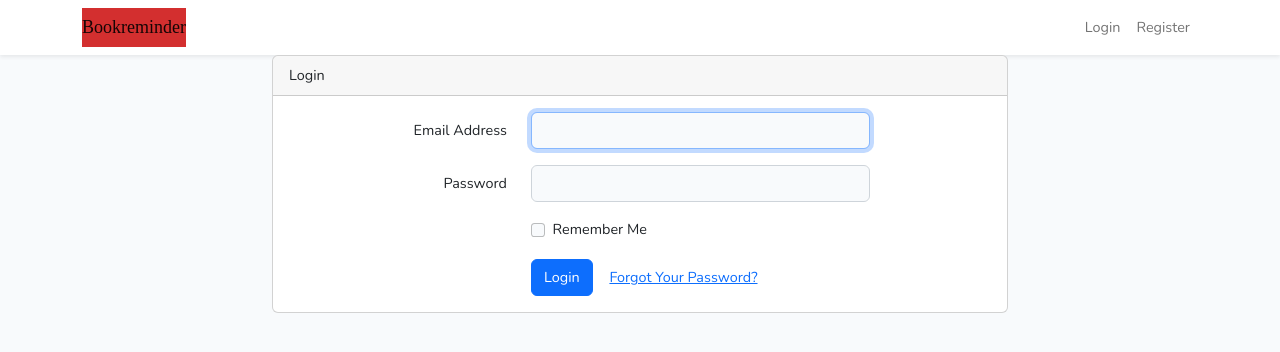
Repository: yamamotoryota1998/Bookreminder
Page: http://localhost/login
The author's editor kept a copy of each file at every save. The page is drawn from the files as they stood at one save, then again after the next save.
The browser window is 1280 px wide. The pictures show the whole page.
The page is served by the project's Laravel application, run on PHP 8.4 with Laravel 9. Style sheets and scripts are compiled from the project's sources, by tool versions that may differ from the author's.

Above is the page before, as saved 2023-04-10 20:52:32.

After the next save:
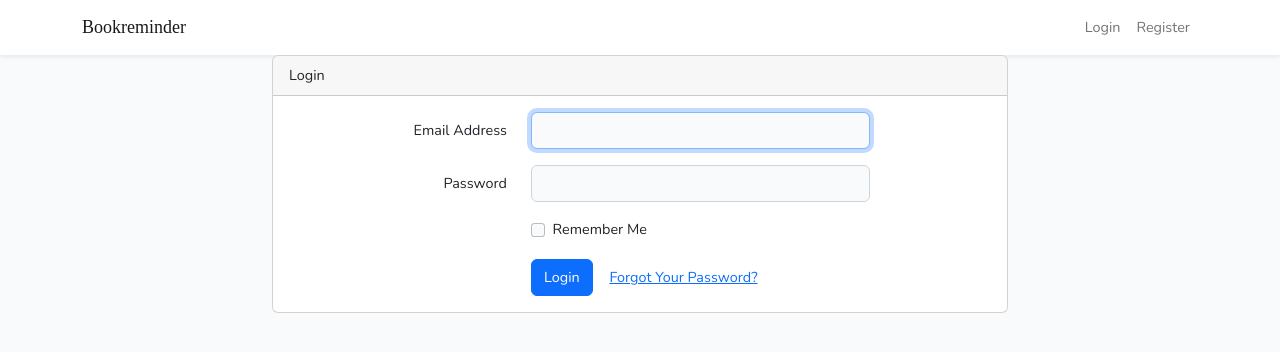
Saved 9 s later.
--- a/public/style.css
+++ b/public/style.css
@@ -199,5 +199,4 @@
 }
 .navbar-brand{
     font-family: 'Sacramento', cursive;
-    background-color:#d32f2f
-}
+}
